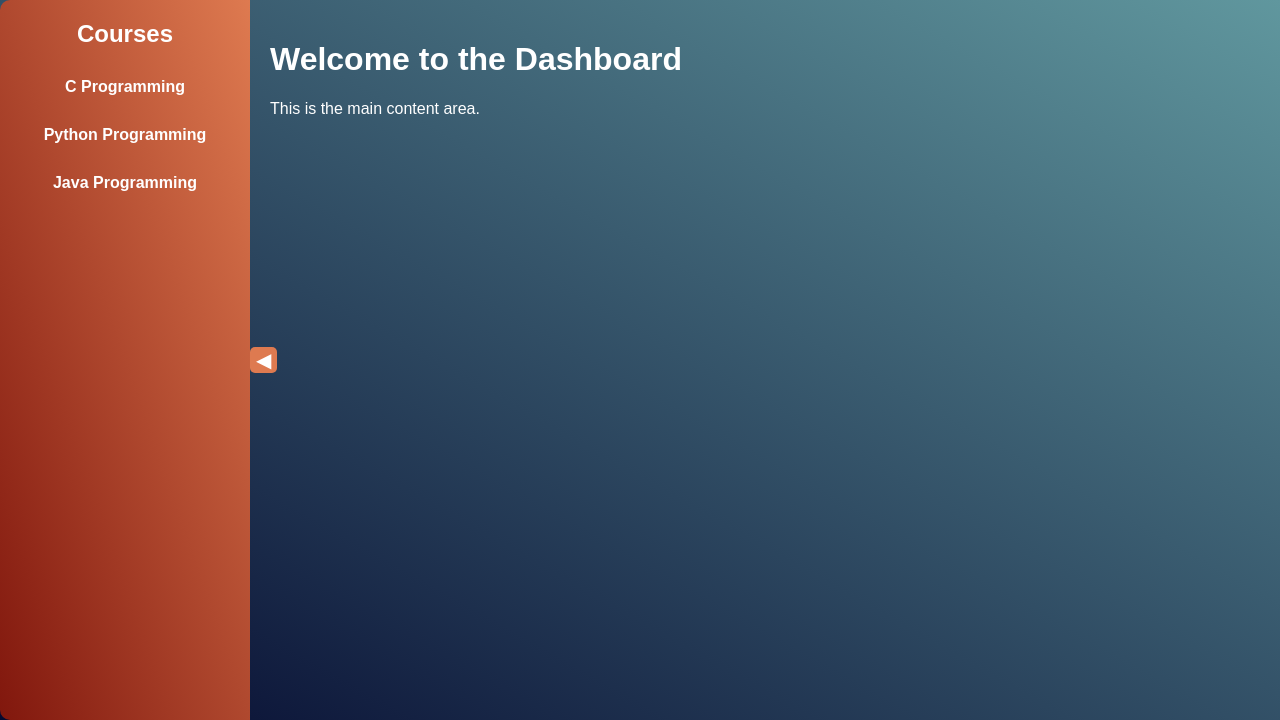
Repository: RishitSharma88/SeaGro
Page: templates/learningcourses.html
The author's editor kept a copy of each file at every save. The page is drawn from the files as they stood at one save, then again after the next save.
The browser window is 1280 px wide. The pictures show the whole page.
The template is drawn by Flask 3. The application's start-up code is not run. The template is opened directly, without the code that normally fills it, so the values that code supplies are empty.

Above is the page before, as saved 2024-12-27 14:37:55.

After the next save:
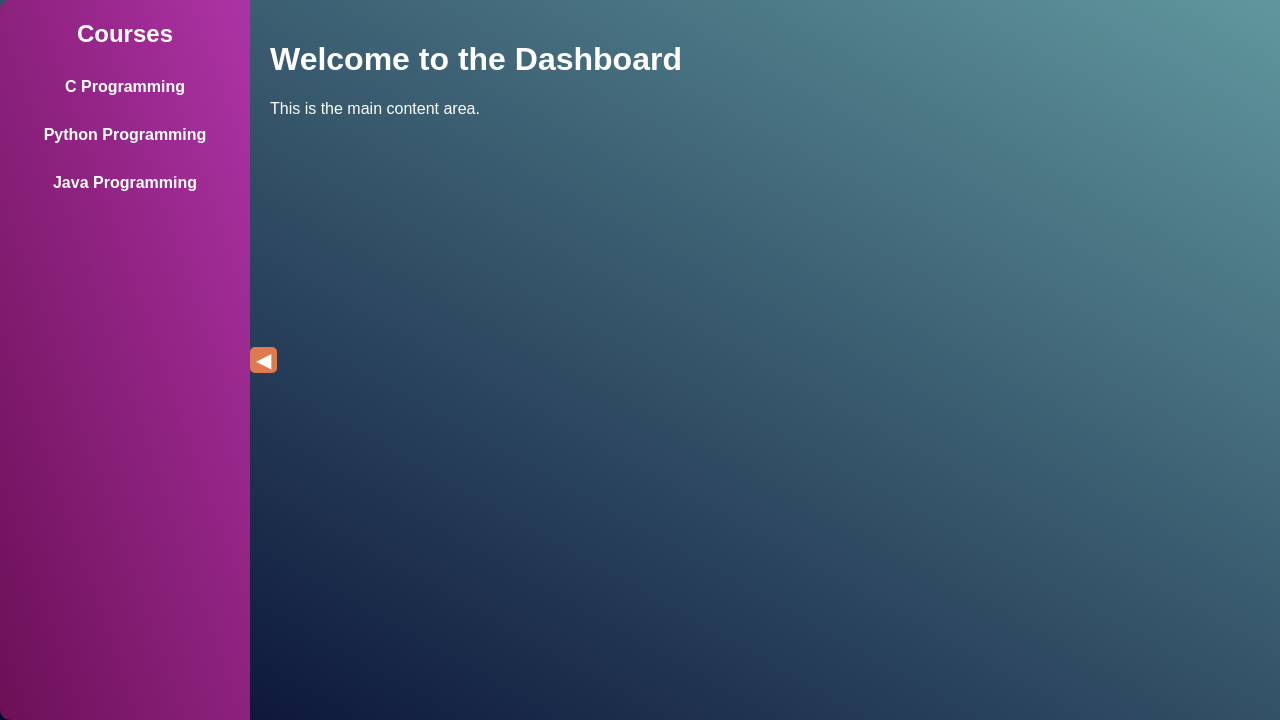
Saved 11 min 22 s later.
--- a/templates/learningcourses.html
+++ b/templates/learningcourses.html
@@ -17,7 +17,7 @@
         }
 
         .sidebar {
-            background: linear-gradient(to bottom left, #de7a50, #81170d);
+            background: linear-gradient(to bottom left, #ad33a5, #6c1057);
             color: #ffff;
             width: 250px;
             height: 100%;
